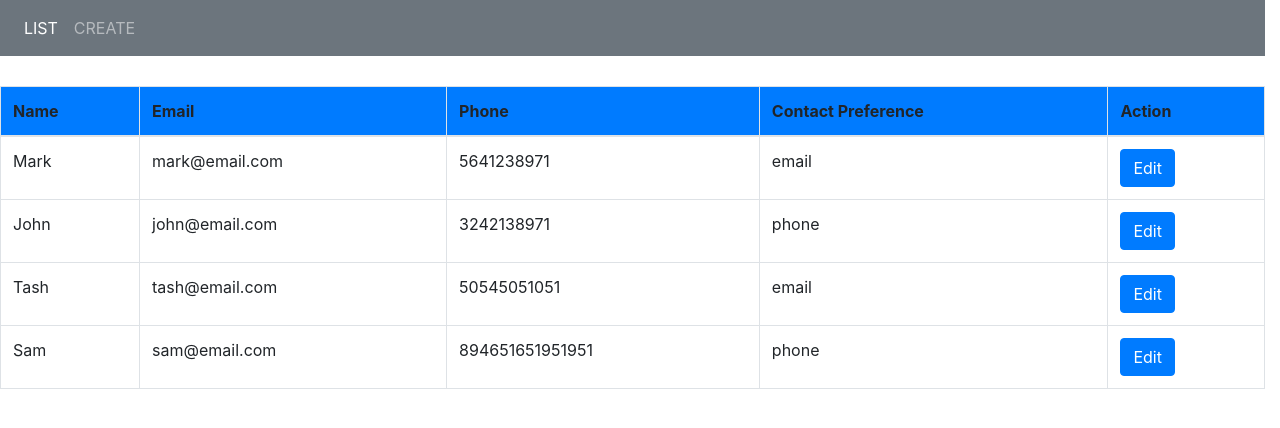
Repository: hanumanthnbalu/NG_FORMS
Page: /
An editor plug-in stored every save of this project. The page is shown before and after the next save, followed by the edit.
The browser window is 1280 px wide. The pictures show the whole page.
Some web libraries are served in a nearby version. The project was rebuilt for these pictures with package versions that can differ from the ones it lists, and the page was loaded fresh each time. Requests to the local data server were answered from the project's data file. Also part of the build but not shown: angular.json, src/app/not-found/not-found.component.ts, src/app/forms/create-employee/create-employeecomponent.ts.

Above is the page before, as saved 2019-09-25 22:10:35.

### src/index.html
<!doctype html>
<html lang="en">

<head>
  <meta charset="utf-8">
  <title>HNBALU</title>
  <base href="/">
  <link rel="stylesheet" href="https://maxcdn.bootstrapcdn.com/bootstrap/4.0.0/css/bootstrap.min.css"
    integrity="sha384-Gn5384xqQ1aoWXA+058RXPxPg6fy4IWvTNh0E263XmFcJlSAwiGgFAW/dAiS6JXm" crossorigin="anonymous">

  <meta name="viewport" content="width=device-width, initial-scale=1">
  <link rel="icon" type="image/x-icon" href="favicon.ico">
</head>

<body>
  <app-root></app-root>
  <script src="https://code.jquery.com/jquery-3.2.1.slim.min.js"
    integrity="sha384-KJ3o2DKtIkvYIK3UENzmM7KCkRr/rE9/Qpg6aAZGJwFDMVNA/GpGFF93hXpG5KkN"
    crossorigin="anonymous"></script>
  <script src="https://cdnjs.cloudflare.com/ajax/libs/popper.js/1.12.9/umd/popper.min.js"
    integrity="sha384-ApNbgh9B+Y1QKtv3Rn7W3mgPxhU9K/ScQsAP7hUibX39j7fakFPskvXusvfa0b4Q"
    crossorigin="anonymous"></script>
  <script src="https://maxcdn.bootstrapcdn.com/bootstrap/4.0.0/js/bootstrap.min.js"
    integrity="sha384-JZR6Spejh4U02d8jOt6vLEHfe/JQGiRRSQQxSfFWpi1MquVdAyjUar5+76PVCmYl"
    crossorigin="anonymous"></script>
</body>

</html>

### src/styles.scss
/* You can add global styles to this file, and also import other style files */
input.ng-valid {
	border-left: 5px solid #42a948;
}
.form-control:focus {
	outline: none;
	border-color: none;
	box-shadow: none;
}
.btn-primary.disabled,
.btn-primary:disabled {
	cursor: not-allowed;
}
.collapse:not(.show) {
	display: block !important;
}
input[type='radio'] {
	margin-right: 5px;
}
label {
	margin-bottom: .5rem;
	display: flex !important;
	flex-direction: row;
	align-items: center;
}
.primary:disabled {
	cursor: not-allowed;
}

### src/app/app.module.ts
import { BrowserModule } from '@angular/platform-browser';
import { NgModule, Component } from '@angular/core';
import { HttpClientModule } from '@angular/common/http';
import { AppRoutingModule } from './app-routing.module';


import { AppComponent } from './app.component';
import { NotFoundComponent } from './not-found/not-found.component';
import { HeaderComponent } from './header/header.component';
import { FormsModule, ReactiveFormsModule } from '@angular/forms';
import { ListEmployeeComponent } from './forms/list-employee/list-employee.component';
import { EmployeeService } from './forms/employee.service';
import { CreateEmployeeComponent } from './forms/create-employee/create-employeecomponent';

@NgModule({
	declarations: [
		AppComponent,
		HeaderComponent,
    NotFoundComponent,
    ListEmployeeComponent,
    CreateEmployeeComponent
	],
  imports: [ BrowserModule,
             FormsModule,
             HttpClientModule,
             AppRoutingModule,
             ReactiveFormsModule ],
	providers: [ EmployeeService ],
	bootstrap: [ AppComponent ]
})
export class AppModule {}

### src/app/app-routing.module.ts
import { RouterModule } from '@angular/router';
import { NgModule } from '@angular/core';

import { NotFoundComponent } from './not-found/not-found.component';
import { ListEmployeeComponent } from './forms/list-employee/list-employee.component';
import { CreateEmployeeComponent } from './forms/create-employee/create-employeecomponent';

const route = [
  { path: '', redirectTo: '/list-employees', pathMatch: 'full' },
  { path: 'list-employees', component: ListEmployeeComponent },
  { path: 'create-employees', component: CreateEmployeeComponent },
  { path: 'edit/:id', component: CreateEmployeeComponent },
	{ path: '**', component: NotFoundComponent }
];

@NgModule({
	imports: [ RouterModule.forRoot(route) ],
	exports: [ RouterModule ]
})
export class AppRoutingModule {}

### src/app/app.component.ts
import { Component ,OnInit} from '@angular/core';
@Component({
  selector: 'app-root',
  templateUrl: './app.component.html',
  styleUrls: ['./app.component.css']
})
export class AppComponent implements OnInit {
  title = 'app';
  constructor() {}
  ngOnInit() {
  }
}

### src/app/forms/list-employee/list-employee.component.ts
import { Component, OnInit } from '@angular/core';
import { EmployeeService } from '../employee.service';
import { IEmployee } from '../IEmployee';
import { Router } from '@angular/router';

@Component({
  selector: 'app-list-employee',
  templateUrl: './list-employee.component.html',
  styleUrls: ['./list-employee.component.scss']
})
export class ListEmployeeComponent implements OnInit {
  employees: IEmployee[];
  constructor(private employeeService: EmployeeService, private router: Router) { }

  ngOnInit() {
    this.employeeService.getEmployees().subscribe(
      (listEmployees) => this.employees = listEmployees,
      (err) => console.log(err)
    )
  }
  editButtonClick(employeeId: number) {
    this.router.navigate(['/edit', employeeId]);
  }

}

### src/app/forms/employee.service.ts
import { Injectable } from '@angular/core';
import { IEmployee } from './IEmployee';
import { HttpClient, HttpErrorResponse, HttpHeaders } from '@angular/common/http';

import { Observable, throwError } from 'rxjs';
import { catchError } from 'rxjs/operators';

@Injectable()
export class EmployeeService {
    baseUrl = 'http://localhost:3000/employees';
    constructor(private httpClient: HttpClient) {
    }

    getEmployees(): Observable<IEmployee[]> {
        return this.httpClient.get<IEmployee[]>(this.baseUrl)
            .pipe(catchError(this.handleError));
    }

    private handleError(errorResponse: HttpErrorResponse) {
        if (errorResponse.error instanceof ErrorEvent) {
            console.error('Client Side Error :', errorResponse.error.message);
        } else {
            console.error('Server Side Error :', errorResponse);
        }
        return throwError('There is a problem with the service. We are notified & working on it. Please try again later.');
    }

    getEmployee(id: number): Observable<IEmployee> {
        return this.httpClient.get<IEmployee>(`${this.baseUrl}/${id}`)
            .pipe(catchError(this.handleError));
    }

    addEmployee(employee: IEmployee): Observable<IEmployee> {
        return this.httpClient.post<IEmployee>(this.baseUrl, employee, {
            headers: new HttpHeaders({
                'Content-Type': 'application/json'
            })
        })
        .pipe(catchError(this.handleError));
    }

    updateEmployee(employee: IEmployee): Observable<void> {
        return this.httpClient.put<void>(`${this.baseUrl}/${employee.id}`, employee, {
            headers: new HttpHeaders({
                'Content-Type': 'application/json'
            })
        })
            .pipe(catchError(this.handleError));
    }

    deleteEmployee(id: number): Observable<void> {
        return this.httpClient.delete<void>(`${this.baseUrl}/${id}`)
            .pipe(catchError(this.handleError));
    }
}

### src/app/app.component.html
<div class="container-fluid" style="padding-left: 0px">
  <app-header></app-header>
  <div class="row">
    <div class="col-md-12 col-xs-12 top-30">
      <router-outlet></router-outlet>
    </div>
  </div>
</div>

### src/app/app.component.css
.top-30 {
	margin-top: 30px;
}

### src/app/header/header.component.html
<nav class="navbar navbar-expand-lg navbar-dark bg-secondary">
  <div class="collapse navbar-collapse" id="navbarSupportedContent">
    <ul class="navbar-nav mr-auto list-unstyled">
      <li class="nav-item">
        <a class="nav-link" routerLinkActive="active" routerLink="list-employees">LIST</a>
      </li><br>
      <li class="nav-item">
        <a class="nav-link" routerLinkActive="active" routerLink="create-employees">CREATE</a>
      </li>
    </ul>
  </div>
</nav>

### src/app/header/header.component.scss
// ul.navbar-nav.mr-auto.list-unstyled {
// 	display: flex;
// 	flex-direction: column;
// 	height: 100vh;
// 	justify-content: center;
// 	background: #b4abab;
// 	padding: 20px;
// }
// ul.navbar-nav.mr-auto.list-unstyled {
// 	position: fixed;
// }

### src/app/forms/list-employee/list-employee.component.html
<div class="table-responsive">
  <table class="table table-bordered" *ngIf="employees && employees.length">
    <thead>
      <tr class="bg-primary">
        <th>Name</th>
        <th>Email</th>
        <th>Phone</th>
        <th>Contact Preference</th>
        <th>Action</th>
      </tr>
    </thead>
    <tbody>
      <tr *ngFor="let employee of employees">
        <td>{{ employee.fullName }}</td>
        <td>{{ employee.email }}</td>
        <td>{{ employee.phone }}</td>
        <td>{{ employee.contactPreference }}</td>
        <td> <button class="btn btn-primary" (click)="editButtonClick(employee.id)">Edit</button> </td>
      </tr>
    </tbody>
  </table>
</div>

### db.json
{
	"employees": [
		{
			"id": 1,
			"fullName": "Mark",
			"contactPreference": "email",
			"email": "mark@email.com",
			"phone": "5641238971",
			"skills": [
				{
					"skillName": "C#",
					"experienceInYears": 1,
					"proficiency": "beginner"
				},
				{
					"skillName": "Java",
					"experienceInYears": 2,
					"proficiency": "intermediate"
				}
			]
		},
		{
			"id": 2,
			"fullName": "John",
			"contactPreference": "phone",
			"email": "john@email.com",
			"phone": "3242138971",
			"skills": [
				{
					"skillName": "Angular",
					"experienceInYears": 2,
					"proficiency": "beginner"
				},
				{
					"skillName": "HTML",
					"experienceInYears": 2,
					"proficiency": "intermediate"
				},
				{
					"skillName": "LINQ",
					"experienceInYears": 3,
					"proficiency": "advanced"
				}
			]
		},
		{
			"id": 3,
			"fullName": "Tash",
			"contactPreference": "email",
			"email": "tash@email.com",
			"phone": "50545051051",
			"skills": [
				{
					"skillName": "C#",
					"experienceInYears": 1,
					"proficiency": "beginner"
				},
				{
					"skillName": "Java",
					"experienceInYears": 2,
					"proficiency": "intermediate"
				}
			]
		},
		{
			"id": 4,
			"fullName": "Sam",
			"contactPreference": "phone",
			"email": "sam@email.com",
			"phone": "894651651951951",
			"skills": [
				{
					"skillName": "Angular",
					"experienceInYears": 2,
					"proficiency": "beginner"
				},
				{
					"skillName": "HTML",
					"experienceInYears": 2,
					"proficiency": "intermediate"
				},
				{
					"skillName": "LINQ",
					"experienceInYears": 3,
					"proficiency": "advanced"
				},
				{
					"skillName": "Angular",
					"experienceInYears": 2,
					"proficiency": "beginner"
				},
				{
					"skillName": "HTML",
					"experienceInYears": 2,
					"proficiency": "intermediate"
				},
				{
					"skillName": "LINQ",
					"experienceInYears": 3,
					"proficiency": "advanced"
				}
			]
		}
	]
}

Loaded but not shown: src/main.ts (common file); src/environments/environment.ts (common file); src/app/header/header.component.ts (common file); src/app/forms/list-employee/list-employee.component.scss (no stored copy; drawn as an empty file)

After the next save:
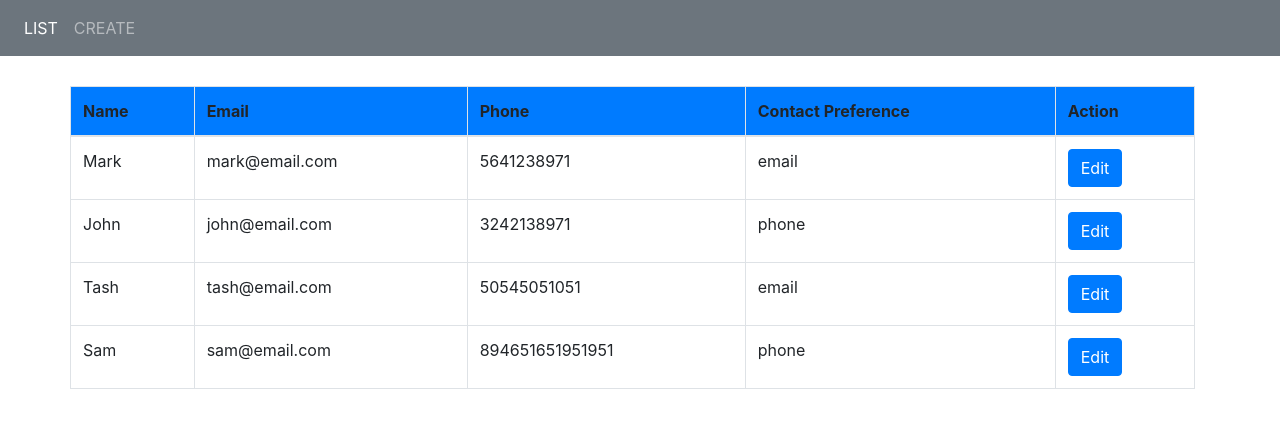
Saved 11 s later.
--- a/src/app/app.component.html
+++ b/src/app/app.component.html
@@ -1,5 +1,5 @@
-<div class="container-fluid" style="padding-left: 0px">
-  <app-header></app-header>
+<app-header></app-header>
+<div class="container" style="padding-left: 0px">
   <div class="row">
     <div class="col-md-12 col-xs-12 top-30">
       <router-outlet></router-outlet>
